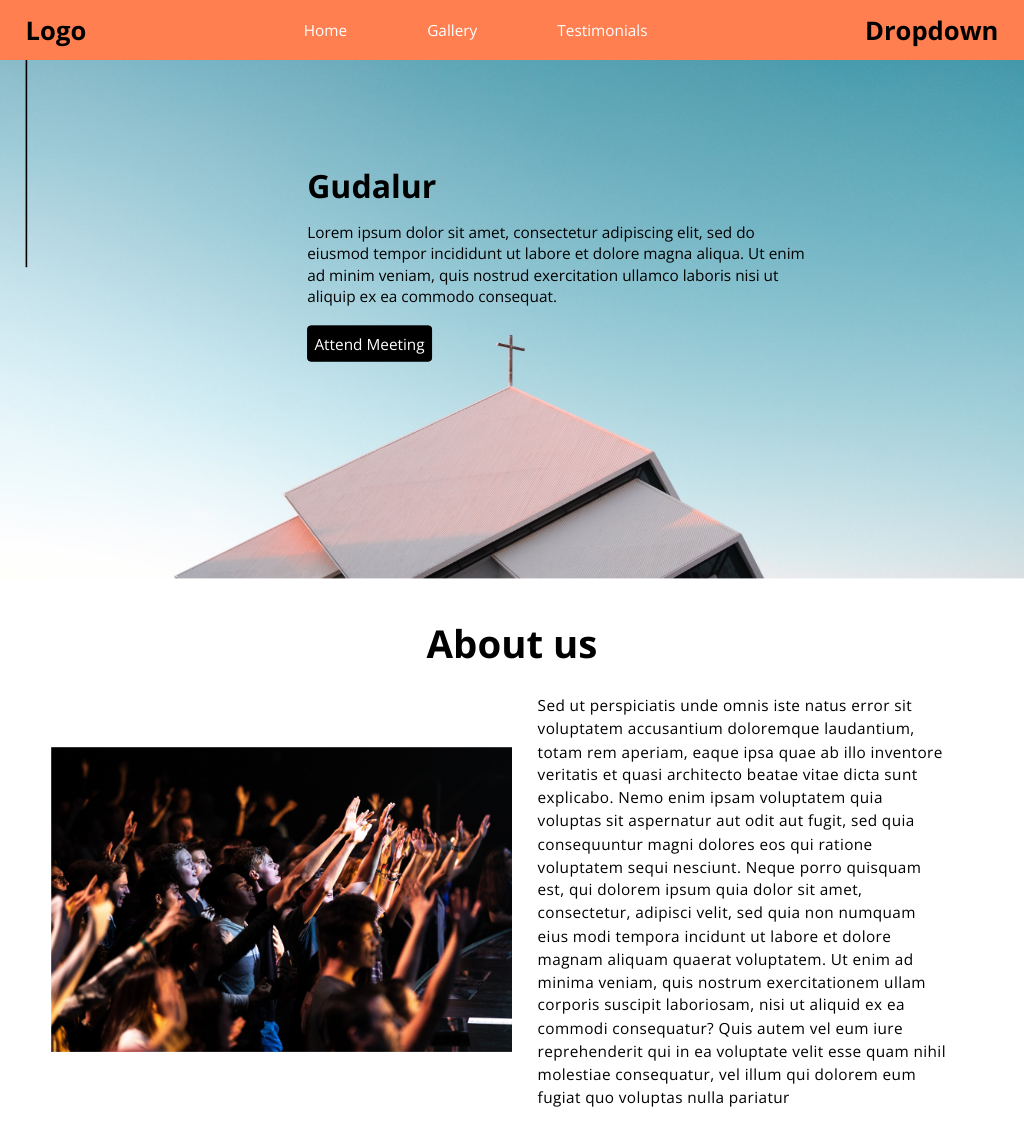
Repository: Imprasna/church
Page: index.html
The author's editor kept a copy of each file at every save. The page is drawn from the files as they stood at one save, then again after a run of saves.
The browser window is 1280 px wide. The pictures show the whole page, at 80% of full size.

Above is the page before, as saved 2022-01-18 23:21:28.

After the next 2 saves:
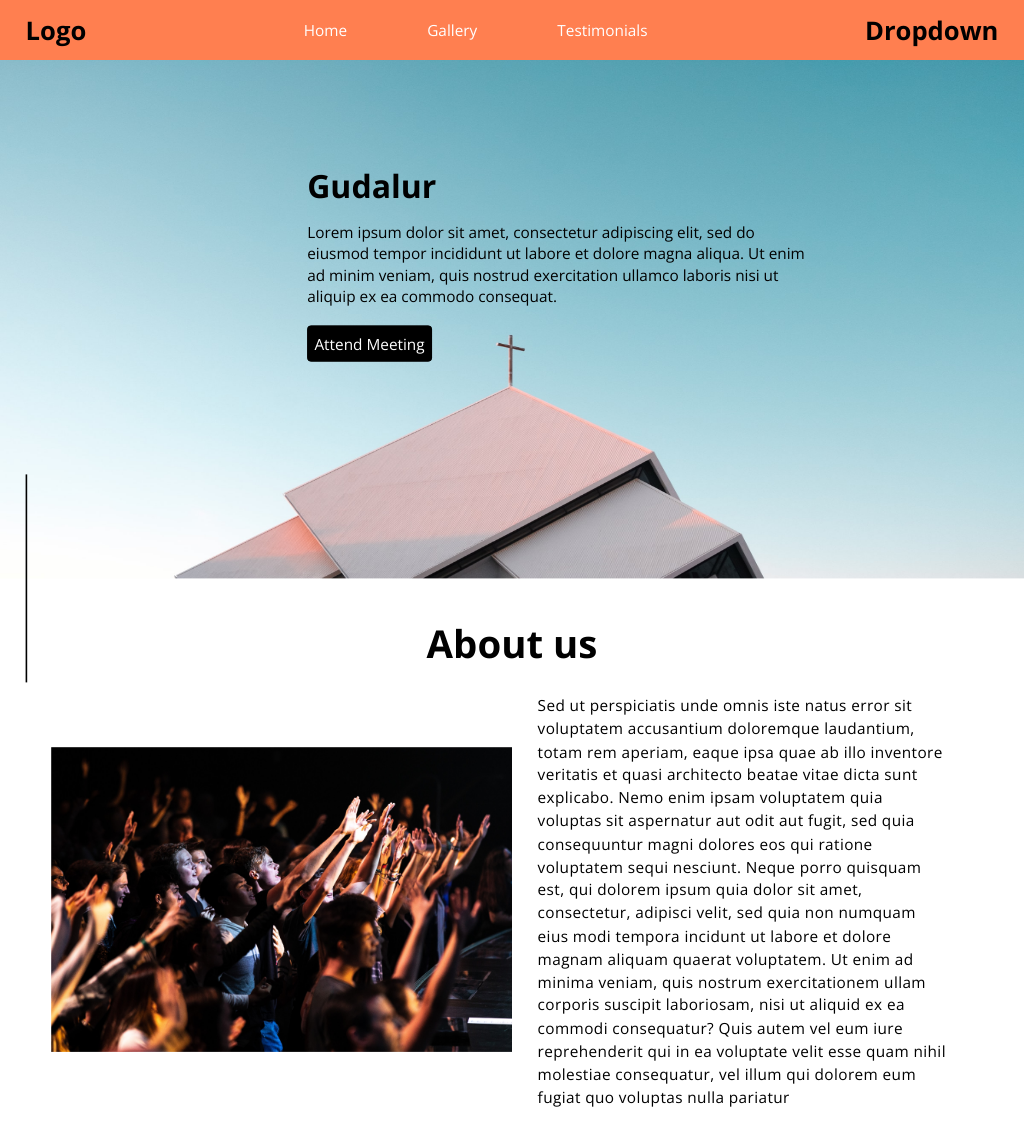
The 2 saves are shown as one change because they came seconds apart.
The last was saved 8 s later.
--- a/style.css
+++ b/style.css
@@ -89,7 +89,7 @@ nav > a {
     width: 2px;
     background: var(--secondary-color);
     left: 2rem;
-    top: 0;
+    top: 80%;
 }
 
 .about_sec {
